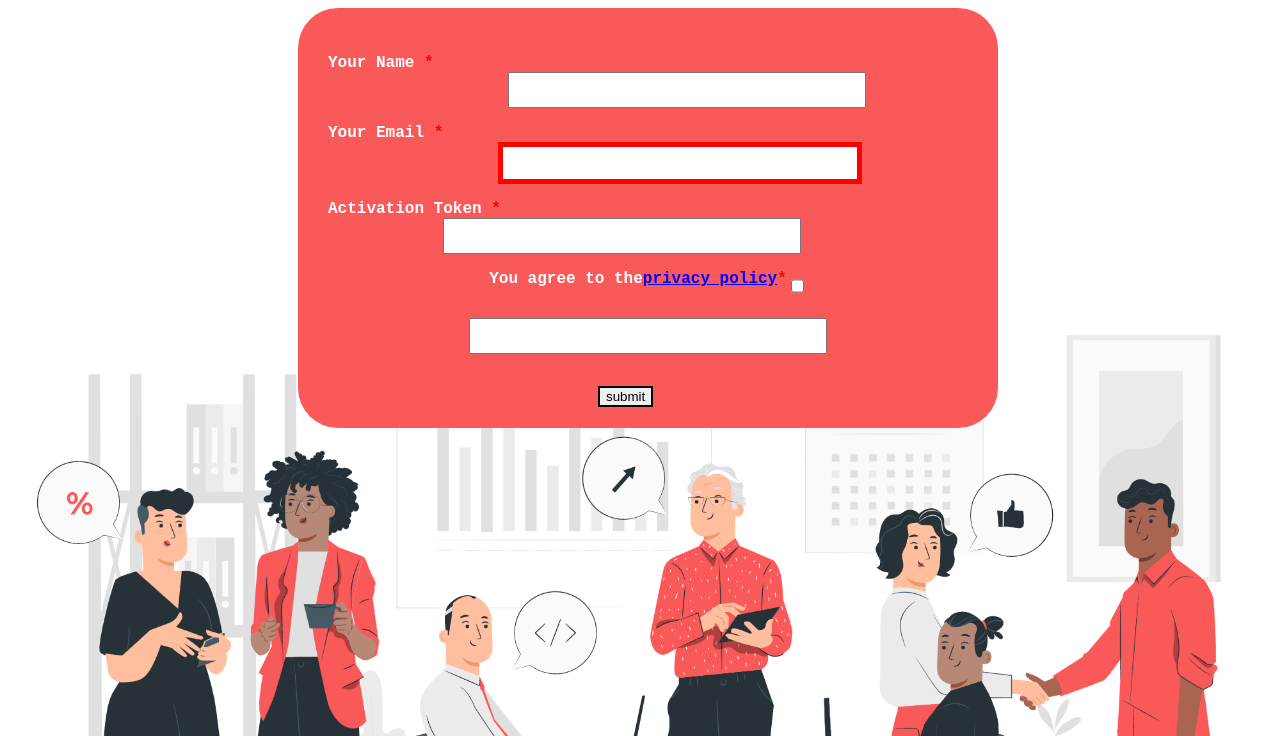
Repository: Rachael4life/Assignment-1
Page: starter-code/src/index.html
An editor plug-in stored every save of this project. The page is shown before and after the next save, followed by the edit.
The browser window is 1280 px wide. The page is 1288 px wide, so the pictures cover 1288 px, including what lies to the right of the window. The pictures show the whole page.

Above is the page before, as saved 2022-02-28 06:36:52.

### starter-code/src/index.html
<!DOCTYPE html>
<html lang="en">
<head>
    <meta charset="UTF-8">
    <meta http-equiv="X-UA-Compatible" content="IE=edge">
    <meta name="viewport" content="width=device-width, initial-scale=1.0">
    <link rel="stylesheet" href="style.css">
    <link rel="preconnect" href="https://fonts.googleapis.com">
<link rel="preconnect" href="https://fonts.gstatic.com" crossorigin>
    <link href="https://fonts.googleapis.com/css2?family=Courier+Prime&display=swap" rel="stylesheet">
    <title>Assignment 1</title>
</head>
<body>
    <div id="ramyeon">
        <form class="kimchi">
            <div> <p></p>
                <label for="name">Your Name <span class="asteric">*</span></label>
                <input class="formgroup" type="text" name="name" id="name" placeholder="">
            </div>
            <div> <p></p>
                <label for="email">Your Email <span class="asteric">*</span> </label>
                <input class="formgroup" type="text" name="email" id="email" placeholder="">
            </div>
            <div> <p></p>
                <label for="password">Activation Token <span class="asteric">*</span> </label>
                <input class="formgroup" type="password" name="activation token" id="password" placeholder="">
            </div>
           <p></p>
            <div class="water"><p></p>
                You agree to the <a href="privacy policy" id="privacy"><b> privacy policy</a></b><span class="asteric">*</span> <input type="checkbox">
            </div>
            <p></p>
            <div id="validation"><p></p>
                <label for="validation"></label>
                <input type="text" class="formgroup">
            </div>
            <p></p>
            <div class="gogi"><p></p>
                <button type="button">submit</button>
            </div>
        </form>
    </div>
</body>
</html>

### starter-code/src/style.css
body {
    color: white;
    font-family: 'Courier Prime', monospace;
    width: 100vw;
    height: 100vh;
    background-image: url("img.png");
    background-size: cover;
    background-repeat: no-repeat;
    font-size: 16px;
}
form {
    background-color: #fa5959;
    font-size: 16px;
    width: 50%;
    height: 50%;
    padding: 30px;
    border-radius: 40px;
    font-weight: bold;
}
#name {
    margin-left: 180px;
    height: 30px;
    width: 350px;
}
#email {
    margin-left: 170px;
    height: 30px;
    width: 350px;
}
#password {
    margin-left: 115px;
    height: 30px;
    width: 350px;
}
#ramyeon {
    display: flex;
    justify-content: center;
    align-content: space-between;
    width: 100%;
    height: 100%;
    font-family: 'Courier New', Courier, monospace;
}
#validation {
    align-content: center;
    justify-content: center;
    display: flex;
}
.gogi {
    display: ;
    justify-content: center;
    align-content:center;
    border-radius: 10px;
    border-color: white;
    background: #fa5959;
    margin: auto;
    height: 35px;
    width: 100px;
}
button {
    display: ;
    border-style: solid;

}
.water {
    align-content: center;
    justify-content: center;
    display:flex;
}
.formgroup {
    width: 350px;
    height: 30px;
}
#email {
    border: 5px solid red;
}
.asteric {
    color: red;
}
#privacy {
    color: blue;
    font-weight: bolder;
}

After the next save:
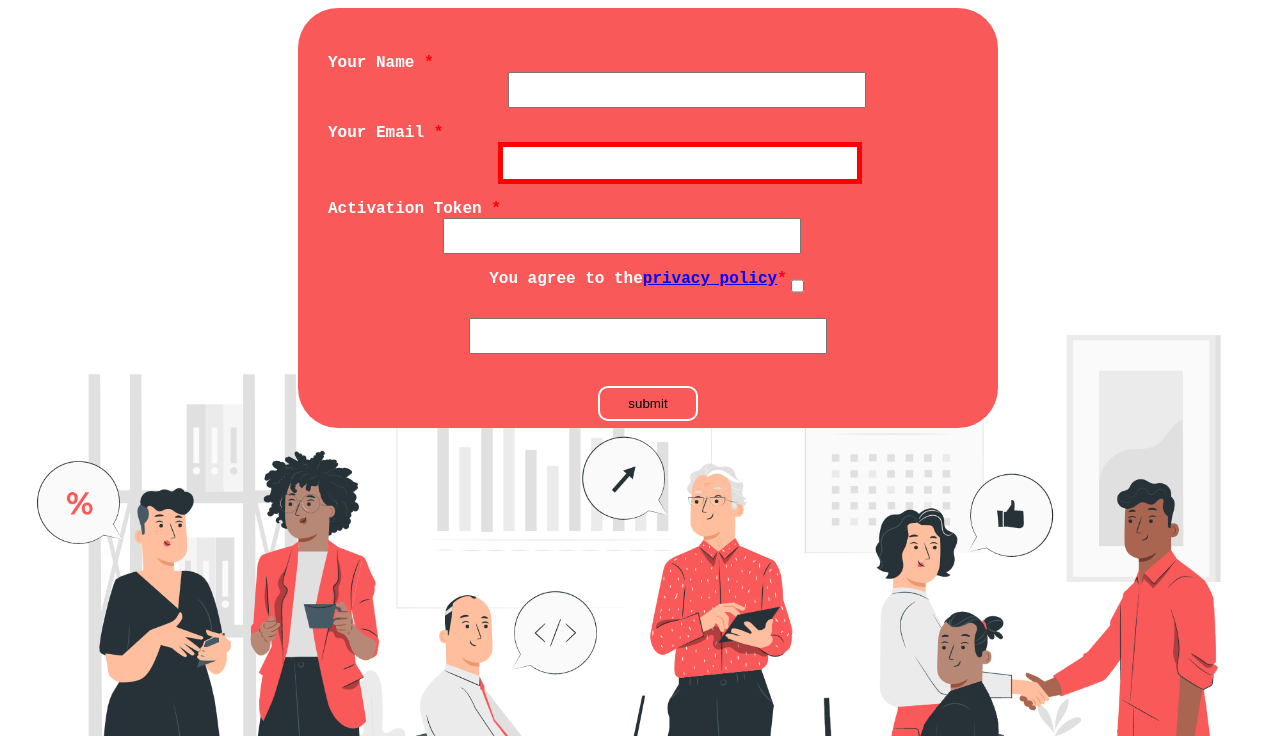
Saved 23 s later.
--- a/starter-code/src/style.css
+++ b/starter-code/src/style.css
@@ -59,7 +59,12 @@ form {
 button {
     display: ;
     border-style: solid;
-
+    border-radius: 10px;
+    border-color: white;
+    background: #fa5959;
+    margin: auto;
+    height: 35px;
+    width: 100px;
 }
 .water {
     align-content: center;
